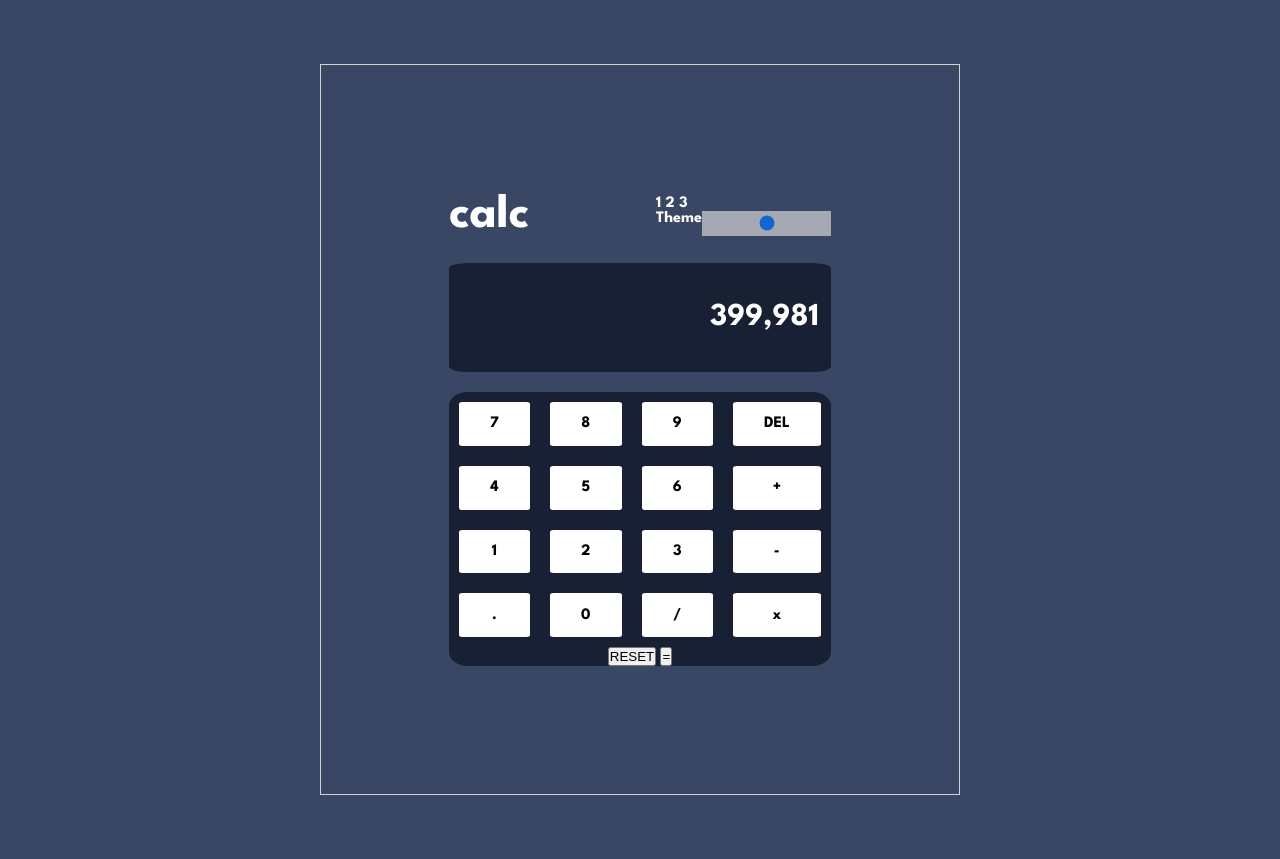
Repository: DevLaukey/calc-with-css-js
Page: index.html
An editor plug-in stored every save of this project. The page is shown before and after the next save, followed by the edit.
The browser window is 1280 px wide. The pictures show the whole page.

Above is the page before, as saved 2022-05-18 13:22:05.

### index.html
<!DOCTYPE html>
<html lang="en">
  <head>
    <meta charset="UTF-8" />
    <meta http-equiv="X-UA-Compatible" content="IE=edge" />
    <meta name="viewport" content="width=device-width, initial-scale=1.0" />
    <title>Calculator</title>
    <link rel="stylesheet" href="./styles.css" />
    <link rel="preconnect" href="https://fonts.googleapis.com" />
    <link rel="preconnect" href="https://fonts.gstatic.com" crossorigin />
    <link
      href="https://fonts.googleapis.com/css2?family=League+Spartan:wght@700&display=swap"
      rel="stylesheet"
    />
  </head>
  <body>
    <div class="body">
      <header class="calculator__header">
        <div>
          <p class="calculator__name text">calc</p>
        </div>
        <div class="calculator__slider">
          <div class="text">
            <p class="calculator__smallText">1 2 3</p>
            <div class="calculator__block">
              <p class="calculator__smallText">Theme</p>
              <input
                class="slider"
                type="range"
                min="1"
                max="3"
                name=""
                id=""
              />
            </div>
          </div>
        </div>
      </header>
      <div class="calculator__display">
        <p class="text calculator__solution">399,981</p>
      </div>
      <div class="calculator__input">
        <div class="calculator__row">
          <p class="calculator__button seven">7</p>
          <p class="calculator__button eight">8</p>
          <p class="calculator__button nine">9</p>
          <p class="calculator__button del">DEL</p>
          <p class="calculator__button four">4</p>
          <p class="calculator__button five">5</p>
          <p class="calculator__button six">6</p>
          <p class="calculator__button plus">+</p>
          <p class="calculator__button one">1</p>
          <p class="calculator__button two">2</p>
          <p class="calculator__button three">3</p>
          <p class="calculator__button minus">-</p>

          <p class="calculator__button dot">.</p>
           <p class="calculator__button minus">0</p>
          <p class="calculator__button slash">/</p>
          <p class="calculator__button multiply">x</p>

        </div>
        <div class="calculator__control">
            <button class="control reset">RESET</button>
            <button class="control equals">=</button>
          </div>
      </div>
    </div>
  </body>
</html>

### styles.css
* {
  margin: 0;
  padding: 0;
  box-sizing: border-box;
}

body {
  background-color: hsl(222, 26%, 31%);
}
.body {
  font-family: "League Spartan", sans-serif;
  /* width: 100%; */
  padding: 10%;
  margin-bottom: 5%;
  margin-top: 5%;
  margin-left: 25%;
  margin-right: 25%;
  border: 1px solid #d3d3d3;
}
.calculator__header {
  display: flex;
  width: 100%;
  justify-content: space-between;
  margin-bottom: 25px;
}
.calculator__block {
  display: flex;
}
.calculator__name {
  font-size: 3em;
  color: white;
}
.calculator__slider {
  display: flex;
  align-self: center;
}
.text {
  color: white;
}
.numbers {
  color: hsl(221, 14%, 31%);
}
.slider {
  -webkit-appearance: none;
  /* width: 100%; */
  height: 25px;
  background: #d3d3d3;
  /* outline: none; */
  opacity: 0.7;
  -webkit-transition: 0.2s;
  transition: opacity 0.2s;
}

.slider:hover {
  opacity: 1;
}
.slider::-webkit-slider-thumb {
  /* -webkit-appearance: none; */
  /* appearance: none; */
  width: 25px;
  height: 25px;
  background: #04aa6d;
  cursor: pointer;
}

.slider::-moz-range-thumb {
  width: 25px;
  height: 25px;
  background: #04aa6d;
  cursor: pointer;
}

.calculator__display {
  background-color: hsl(224, 36%, 15%);
  display: flex;
  flex-direction: row-reverse;
  border-radius: 5%;
  padding: 2.5em 0.75rem 2.5em 0.75em;
  margin-bottom: 20px;
}
.calculator__solution {
  font-size: 2em;
}
.calculator__input {
  background-color: hsl(224, 36%, 15%);
  border-radius: 5%;
text-align: center;
  display: flex;
  flex-direction: column;
}
.calculator__row{
    display: grid;
  gap: 20px;
  grid-template-columns: auto auto auto auto;
    padding: 10px;
    /* text-align: center; */

}
.calculator__button {
    background-color: white;
    padding: 0.9em;
    border-radius: 5%;
    box-shadow: hsl(224, 28%, 35%) 15px;
}

After the next save:
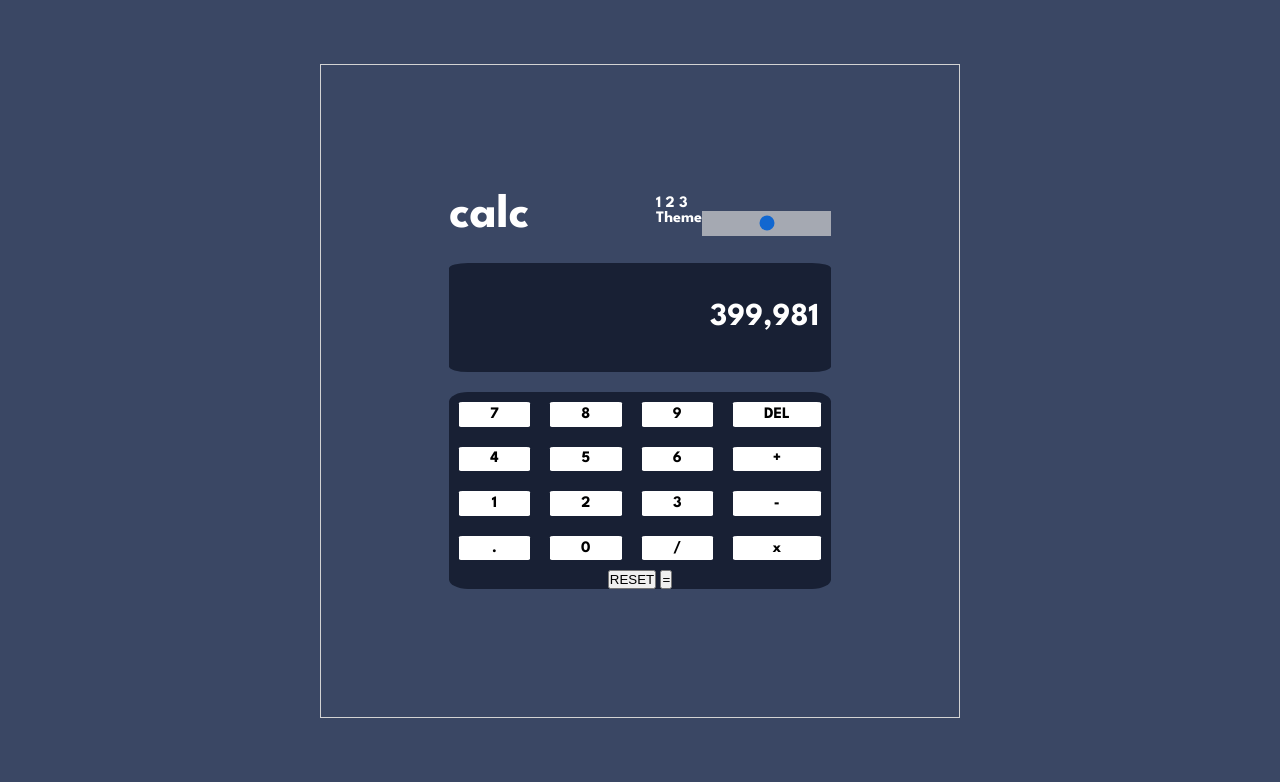
Saved 4 s later.
--- a/styles.css
+++ b/styles.css
@@ -98,7 +98,7 @@ text-align: center;
 }
 .calculator__button {
     background-color: white;
-    padding: 0.9em;
+    padding: 0.3em;
     border-radius: 5%;
     box-shadow: hsl(224, 28%, 35%) 15px;
 }
